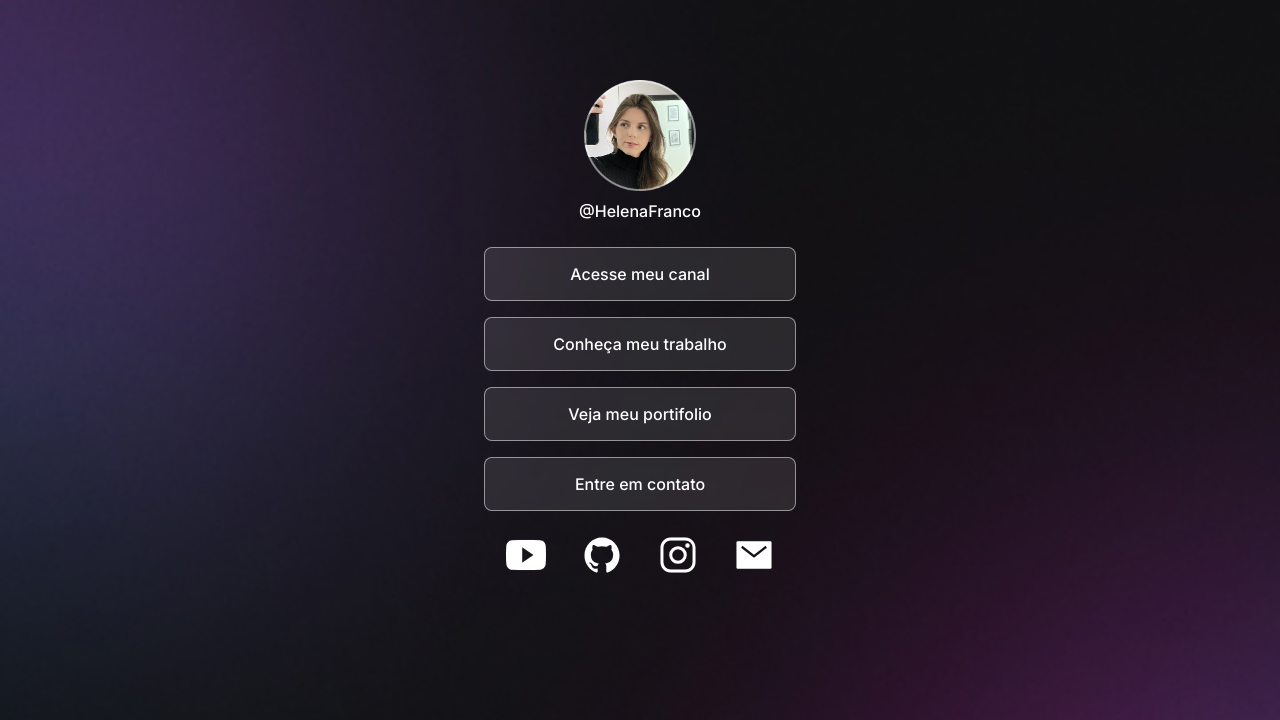
Repository: Fr4nc021/Pagina-de-links-
Page: index.html
An editor plug-in stored every save of this project. The page is shown before and after the next save, followed by the edit.
The browser window is 1280 px wide. The pictures show the whole page.

Above is the page before, as saved 2025-02-13 20:14:22.

After the next save:
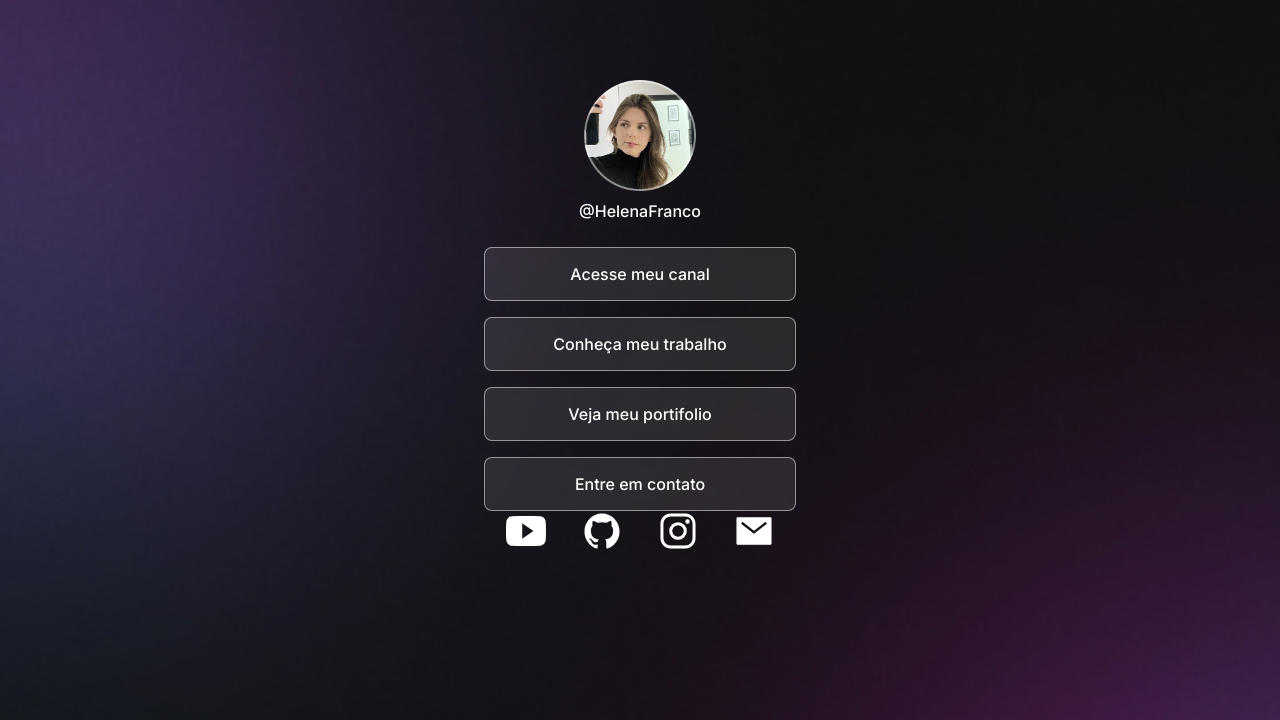
Saved 14 s later.
--- a/style.css
+++ b/style.css
@@ -80,6 +80,6 @@ ul li a {
         display: flex;
         justify-content: center;
         gap: 36px;
-        margin-top: 24px;
+        margin-top: 24px 0;
         font-size:40px;
     }
